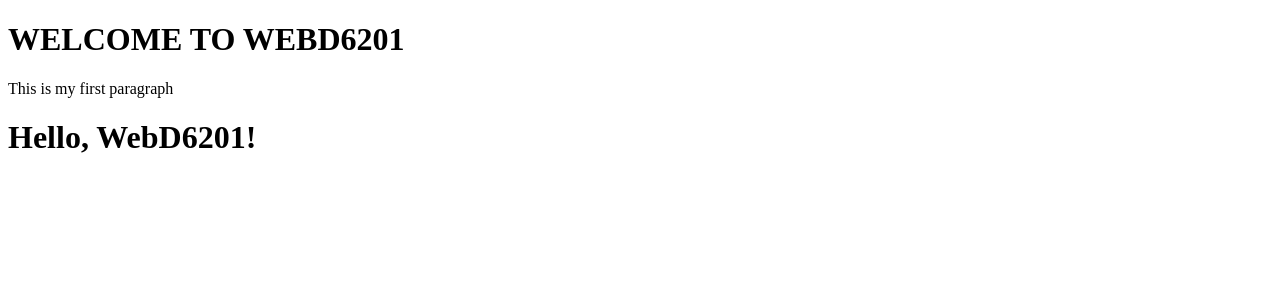
Repository: aaron33aaron/WEBD6201-W2021
Page: index.html
The author's editor kept a copy of each file at every save. The page is drawn from the files as they stood at one save, then again after the next save.
The browser window is 1280 px wide. The pictures show the whole page.

Above is the page before, as saved 2021-01-20 15:31:24.
Console error: TypeError: mainContent.appendChild is not a function

After the next save:
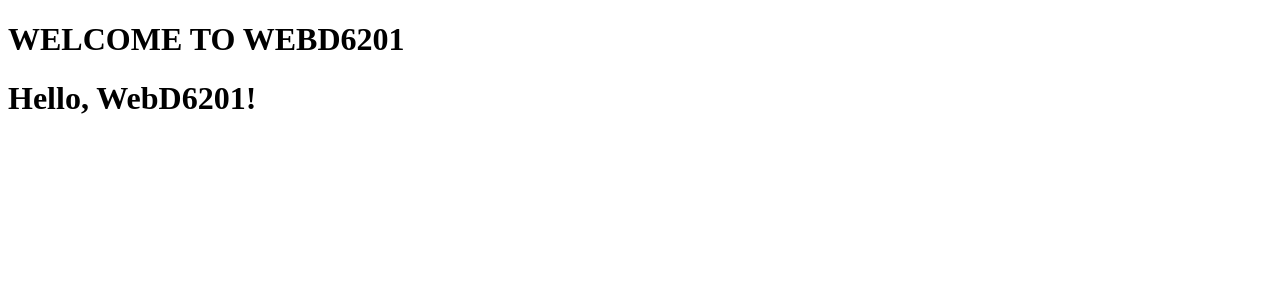
Console error: SyntaxError: Unexpected token '}'
Saved 22 s later.
--- a/Scripts/app.js
+++ b/Scripts/app.js
@@ -38,7 +38,7 @@
         // STEP 4 - APPEND NEW ELEMENT TO THE PARENT
         mainContent.appendChild(paragraphTwo);
 
-        let mySecondParagraph = document.getElementById("paragraphTwo");
+        mainContent.
     }
 
 

After the save that followed:
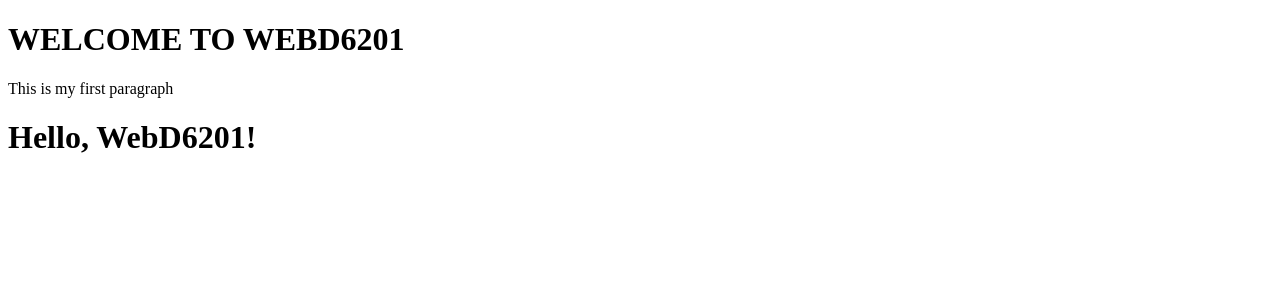
Console error: TypeError: mainContent.appendChild is not a function
Saved 2 min 27 s later.
--- a/Scripts/app.js
+++ b/Scripts/app.js
@@ -38,7 +38,7 @@
         // STEP 4 - APPEND NEW ELEMENT TO THE PARENT
         mainContent.appendChild(paragraphTwo);
 
-        mainContent.
+
     }
 
 
